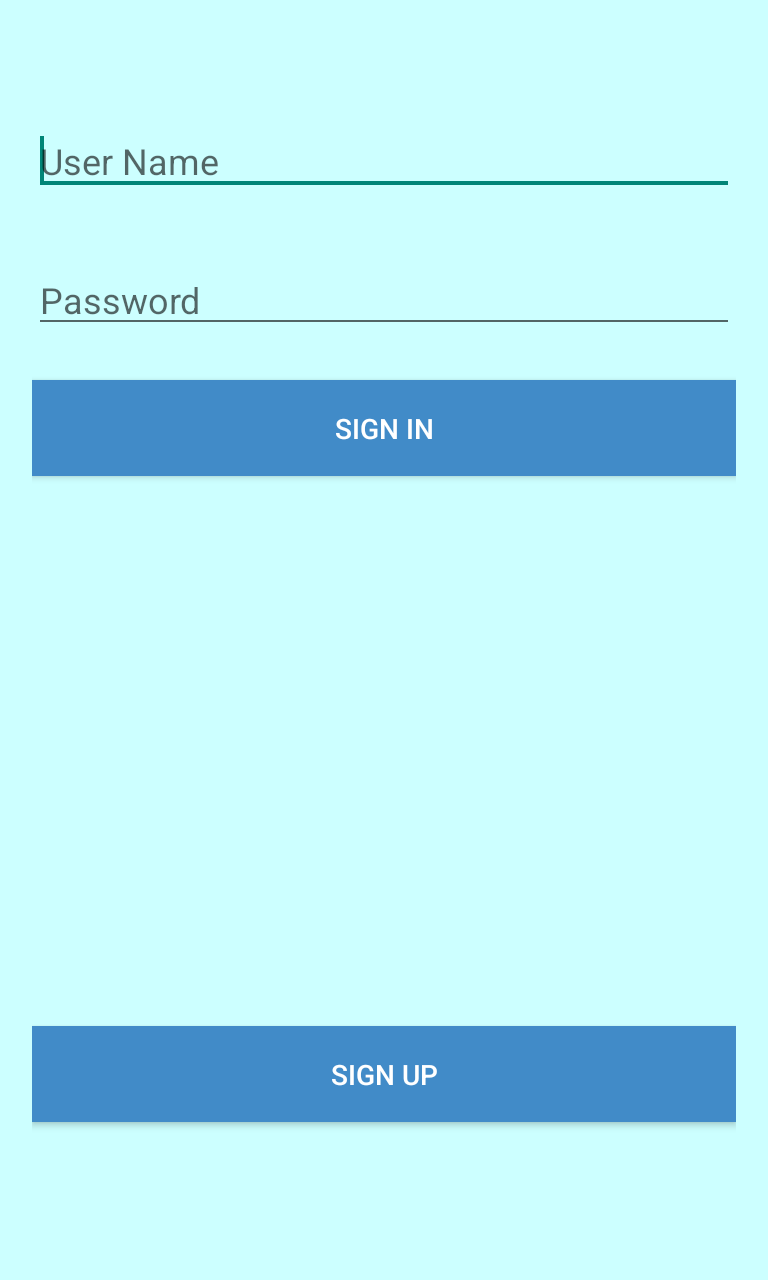
Repository: uditha2233/Anything
Layout: Local Android/AnyThing/AnyThing/res/layout/fragment_login.xml
These files come from the project's save history. The layout is drawn as it stood at one moment and after the next save; the edit follows.
It is drawn on a 768 x 1280 px phone screen (xhdpi) without system bars, with theme AppTheme; the app's code is not run.

Above is the layout before, as saved 2014-05-29 04:50:20.

### Local Android/AnyThing/AnyThing/res/layout/fragment_login.xml
<RelativeLayout xmlns:android="http://schemas.android.com/apk/res/android"
    xmlns:tools="http://schemas.android.com/tools"
    android:layout_width="match_parent"
    android:layout_height="match_parent"
    android:paddingBottom="@dimen/activity_vertical_margin"
    android:paddingLeft="@dimen/activity_horizontal_margin"
    android:paddingRight="@dimen/activity_horizontal_margin"
    android:paddingTop="@dimen/activity_vertical_margin"
    android:background="#ccffff"
    tools:context="com.example.anything.LoginActivity$PlaceholderFragment" >

    <EditText
        android:id="@+id/userName"
        android:layout_width="wrap_content"
        android:layout_height="wrap_content"
        android:layout_alignParentLeft="true"
        android:layout_alignParentRight="true"
        android:layout_alignParentTop="true"
        android:layout_marginTop="42dp"
        android:ems="10"
        android:hint="@string/txtUname"
        android:inputType="textPersonName" >

        <requestFocus />
    </EditText>

    <EditText
        android:id="@+id/passWord"
        android:layout_width="wrap_content"
        android:layout_height="wrap_content"
        android:layout_alignLeft="@+id/userName"
        android:layout_alignRight="@+id/userName"
        android:layout_below="@+id/userName"
        android:layout_marginTop="28dp"
        android:ems="10"
        android:hint="@string/txtPassWord"
        android:inputType="textPassword" />

    <Button
        android:id="@+id/loginBtn"
        android:layout_width="wrap_content"
        android:layout_height="wrap_content"
        android:layout_alignParentLeft="true"
        android:layout_alignRight="@+id/passWord"
        android:layout_below="@+id/passWord"
        android:layout_marginTop="21dp"
        android:background="#418Bc8"
        android:onClick="login"
        android:text="@string/signin"
        android:textColor="@android:color/white" />

    <Button
        android:id="@+id/regBtn"
        android:layout_width="wrap_content"
        android:layout_height="wrap_content"
        android:layout_alignLeft="@+id/loginBtn"
        android:layout_alignParentBottom="true"
        android:layout_alignRight="@+id/loginBtn"
        android:layout_marginBottom="63dp"
        android:background="#418Bc8"
        android:onClick="register"
        android:text="@string/signup"
        android:textColor="@android:color/white" />

</RelativeLayout>

### Local Android/AnyThing/AnyThing/res/values/strings.xml
<?xml version="1.0" encoding="utf-8"?>
<resources>

    <string name="app_name">AnyThing</string>
    <string name="hello_world">Hello world!</string>
    <string name="action_settings">Settings</string>
    <string name="signin">Sign in</string>
    <string name="signup">Sign up</string>
    <string name="logout">Log Out</string>
    <string name="addnewad">Add New AD</string>
    <string name="account">My Account</string>
    <string name="title_activity_main_page">MainPageActivity</string>
    <string name="title_section1">Home</string>
    <string name="title_section2">Cell Phones &amp; Accessories</string>
    <string name="title_section3">Computers &amp; Tablet PCs</string>
    <string name="title_section4">Consumer Electronics</string>
    <string name="title_section5">Vehicles &amp; Parts</string>
    <string name="title_section6">Services</string>
    <string name="title_section7">Other</string>
    <string name="title_section8">Read</string>
    <string name="title_section9">Unread</string>
    <string name="title_section10">Sent</string>
    <string name="navigation_drawer_open">Open navigation drawer</string>
    <string name="navigation_drawer_close">Close navigation drawer</string>
    <string name="action_example">Example action</string>
    <string name="title_activity_signup">SignupActivity</string>
    <string name="txtUname">User Name</string>
    <string name="txtEmail">E-Mail</string>
    <string name="txtfullname">Full Name</string>
    <string name="txtPhoneno">Phone No</string>
    <string name="txtPassWord">Password</string>
    <string name="txtrePassWord">Re-Password</string>
    <string name="title_activity_item_view">ItemViewActivity</string>
    <string name="title_activity_messages">Messages</string>
    <string name="title_activity_message_view">MessageViewActivity</string>
    <string name="title_activity_item_add">ItemAddActivity</string>
    <string name="title_activity_adavanced_reg">AdavancedRegActivity</string>
    <string name="title_activity_search">SearchActivity</string>
    <string name="title_activity_profile_view">ProfileViewActivity</string>
    <string name="title_activity_loading_screen">Loading</string>

</resources>

Loaded but not shown: Local Android/AnyThing/AnyThing/res/values/styles.xml (common file); Local Android/AnyThing/AnyThing/res/values-v11/styles.xml (common file); Local Android/AnyThing/AnyThing/res/values-v14/styles.xml (common file); Local Android/AnyThing/AnyThing/res/values/dimens.xml (common file); Local Android/AnyThing/AnyThing/res/values-w820dp/dimens.xml (common file)

After the next save:
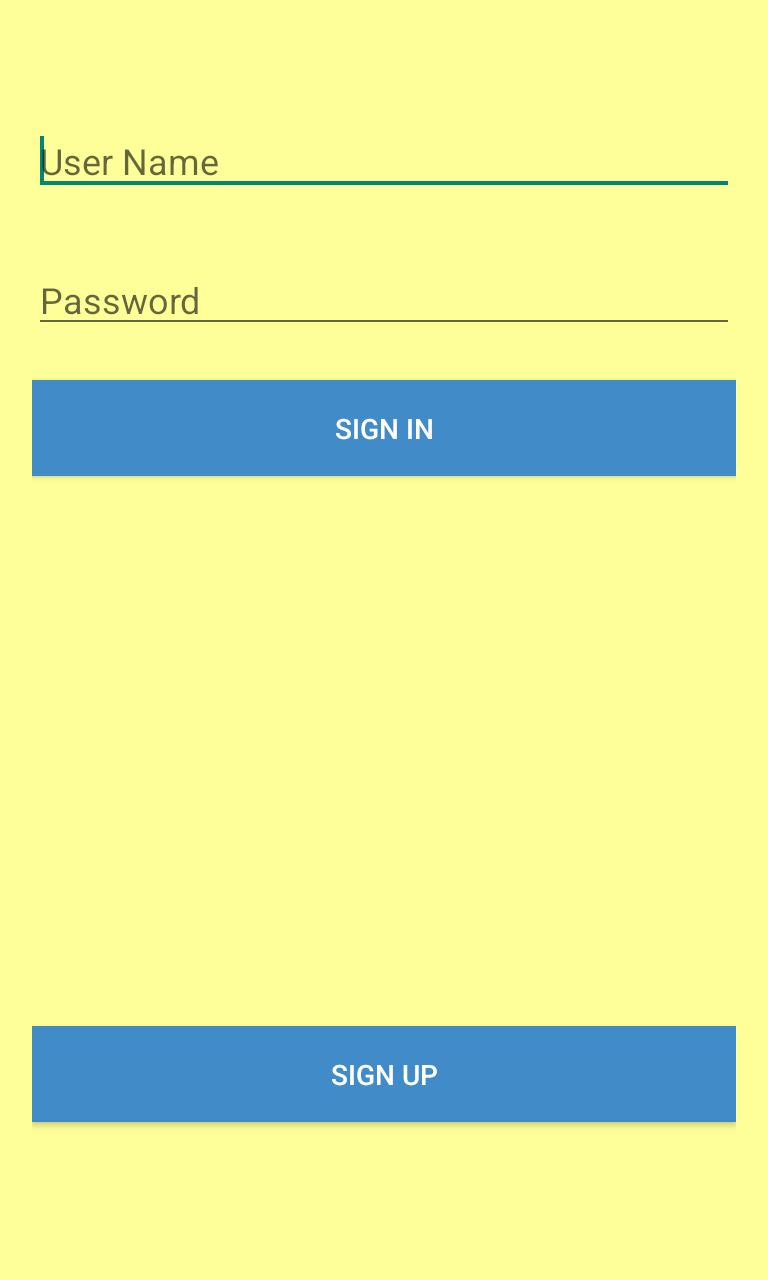
Saved 96 s later.
--- a/Local Android/AnyThing/AnyThing/res/layout/fragment_login.xml
+++ b/Local Android/AnyThing/AnyThing/res/layout/fragment_login.xml
@@ -6,7 +6,7 @@
     android:paddingLeft="@dimen/activity_horizontal_margin"
     android:paddingRight="@dimen/activity_horizontal_margin"
     android:paddingTop="@dimen/activity_vertical_margin"
-    android:background="#ccffff"
+    android:background="#ffff99"
     tools:context="com.example.anything.LoginActivity$PlaceholderFragment" >
 
     <EditText

After the save that followed:
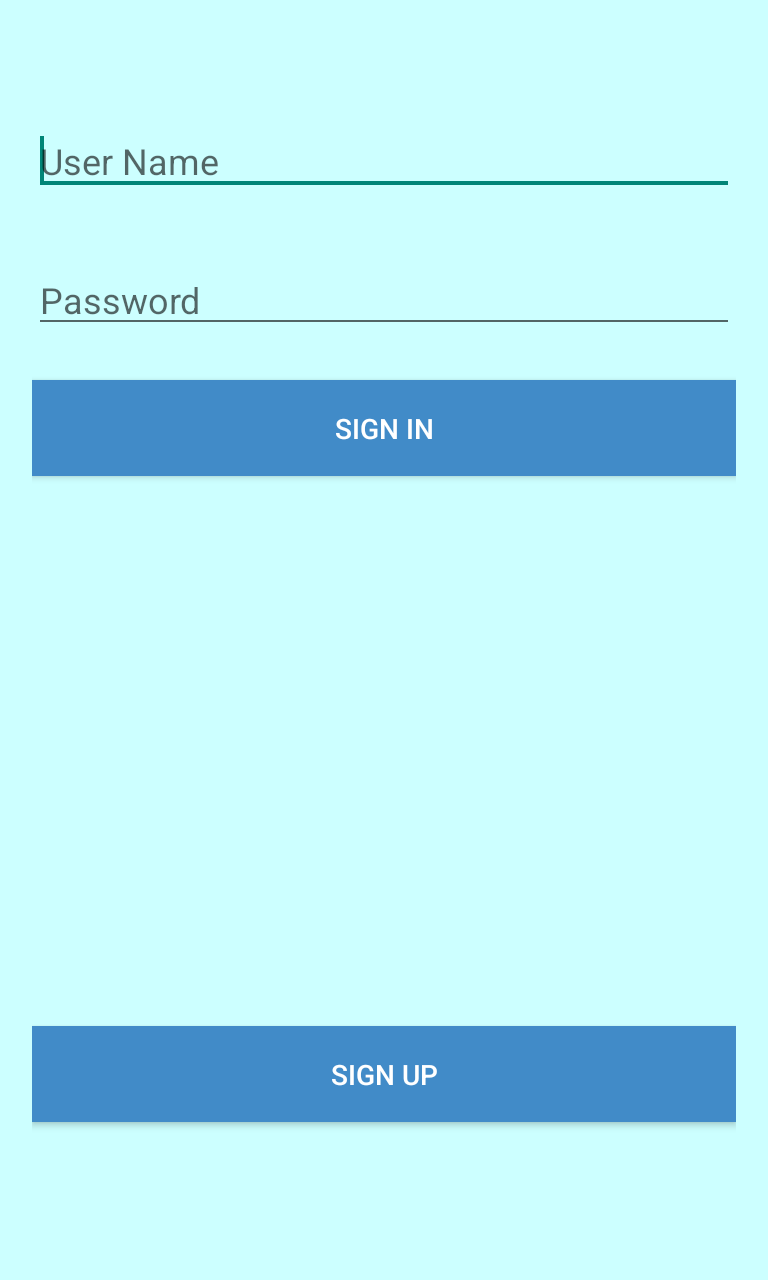
Saved 52 s later.
--- a/Local Android/AnyThing/AnyThing/res/layout/fragment_login.xml
+++ b/Local Android/AnyThing/AnyThing/res/layout/fragment_login.xml
@@ -6,7 +6,7 @@
     android:paddingLeft="@dimen/activity_horizontal_margin"
     android:paddingRight="@dimen/activity_horizontal_margin"
     android:paddingTop="@dimen/activity_vertical_margin"
-    android:background="#ffff99"
+    android:background="#ccffff"
     tools:context="com.example.anything.LoginActivity$PlaceholderFragment" >
 
     <EditText
